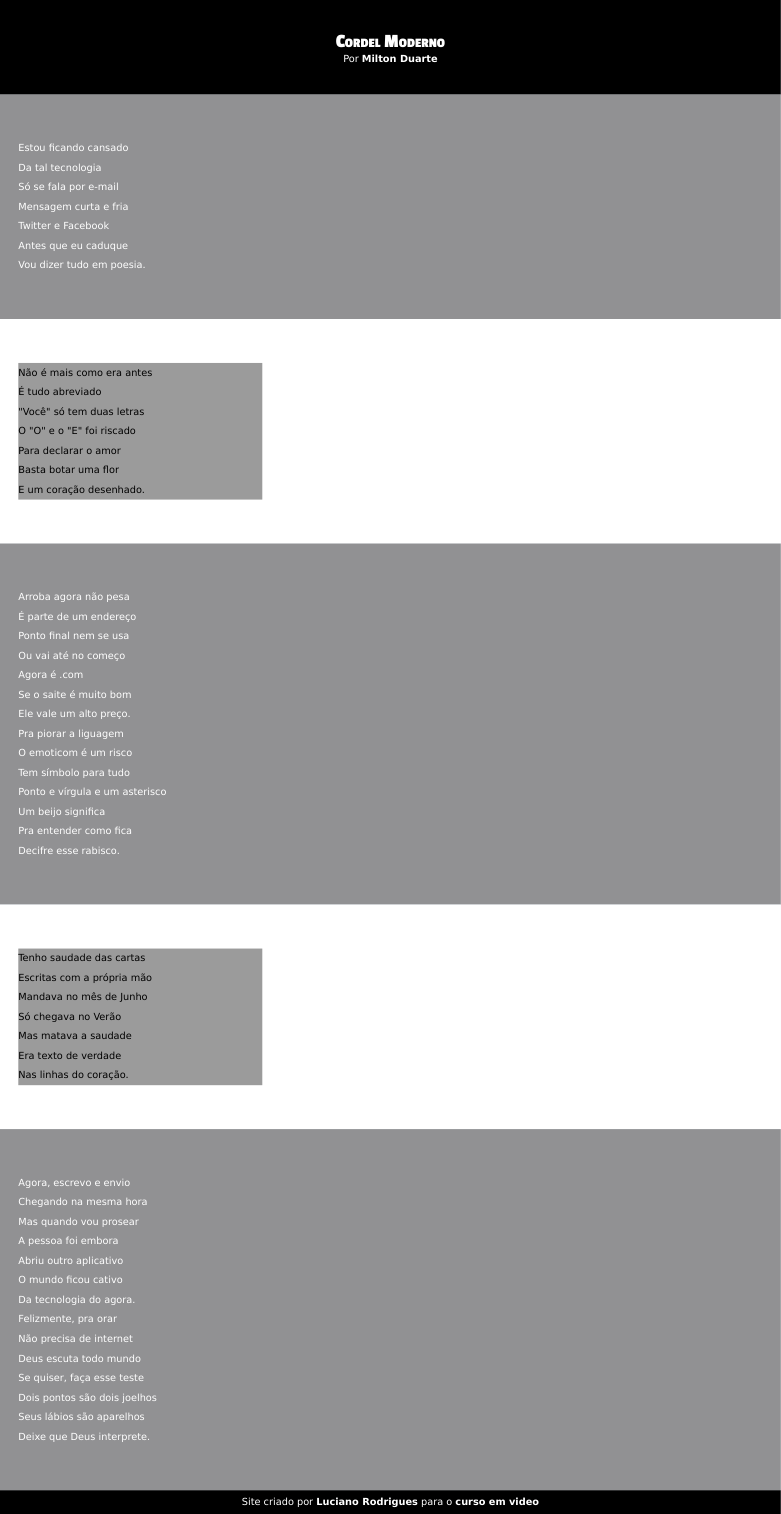
Repository: Lucianorodriguesdev/cursoHTML-CSS
Page: dasafios/index.html
These files come from the project's save history. The page is drawn as it stood at one moment and after the next save; the edit follows.
The browser window is 1280 px wide. The pictures show the whole page, at 61% of full size.

Above is the page before, as saved 2026-06-17 09:53:04.

### dasafios/index.html
<!DOCTYPE html>
<html lang="pt-br">
<head>
    <meta charset="UTF-8">
    <meta name="viewport" content="width=device-width, initial-scale=1.0">
    <title>Cordel Moderno</title>
    <link rel="stylesheet" href="estilo/style.css">
</head>
<body>
    <header>
        <h1>Cordel Moderno</h1>
        <p>Por <a href="https://www.recantodasletras.com.br/poesias/3186743" target="_blank">Milton Duarte</a></p>

    </header>
    <section class="normal">
        <p>
            Estou ficando cansado<br>
            Da tal tecnologia<br>
            Só se fala por e-mail<br>
            Mensagem curta e fria<br>
            Twitter e Facebook<br>
            Antes que eu caduque<br>
            Vou dizer tudo em poesia.
        </p>
    </section>



    <section class="imagem">
        <p>
            Não é mais como era antes<br>
            É tudo abreviado<br>
            "Você" só tem duas letras<br>
            O "O" e o "E" foi riscado<br>
            Para declarar o amor<br>
            Basta botar uma flor<br>
            E um coração desenhado.
        </p>
    </section>



    <section class="normal">
        <p>
            Arroba agora não pesa<br>
            É parte de um endereço<br>
            Ponto final nem se usa<br>
            Ou vai até no começo<br>
            Agora é .com<br>
            Se o saite é muito bom<br>
            Ele vale um alto preço.
        </p>

        <p>
            Pra piorar a liguagem<br>
            O emoticom é um risco<br>
            Tem símbolo para tudo<br>
            Ponto e vírgula e um asterisco<br>
            Um beijo significa<br>
            Pra entender como fica<br>
            Decifre esse rabisco.
        </p>
    </section>



    <section class="imagem">
        <p>
            Tenho saudade das cartas<br>
            Escritas com a própria mão<br>
            Mandava no mês de Junho<br>
            Só chegava no Verão<br>
            Mas matava a saudade<br>
            Era texto de verdade<br>
            Nas linhas do coração.
        </p>
    </section>



    <section class="normal">
        <p>
            Agora, escrevo e envio<br>
            Chegando na mesma hora<br>
            Mas quando vou prosear<br>
            A pessoa foi embora<br>
            Abriu outro aplicativo<br>
            O mundo ficou cativo<br>
            Da tecnologia do agora.
        </p>

        <p>
            Felizmente, pra orar<br>
            Não precisa de internet<br>
            Deus escuta todo mundo<br>
            Se quiser, faça esse teste<br>
            Dois pontos são dois joelhos<br>
            Seus lábios são aparelhos<br>
            Deixe que Deus interprete.
        </p>
    </section>
    <footer>
        <p>Site criado por <a href="https://github.com/Lucianorodriguesdev" target="_blank">Luciano Rodrigues</a> para o <a href="www.cursoemvideo.com" target="_blank">curso em video</a></p>
    </footer>

</body>
</html>

### dasafios/estilo/style.css
@charset_"UTF-8";
@import url('https://fonts.googleapis.com/css2?family=Passion+One:wght@400;700;900&display=swap');
@import url('https://fonts.googleapis.com/css2?family=Great+Vibes&display=swap');
:root{
    --fonte1: Verdana, Geneva, Tahoma, sans-serif;
    --fonte2: "Passion One", sans-serif;
    --fonte3: "Great Vibes", cursive;
}

*{
    margin: 0px;
    padding: 0px;

}
body{
    min-height: 100vh;
    background-color: aliceblue;
    font-family: var(--fonte1);
}
header{
    background-color: black;

    text-align: center;
}
header> h1{
    color: white;
    padding-top: 50px;
    font-variant: small-caps;
    font-family: var(--fonte2);

}
header>p{
    padding-bottom: 50px;
    color: white;
}
section{
    padding-bottom: 10vh;
    padding-top: 10vh;
    line-height: 2em;
    padding-left: 30px;
}
section.normal{
    background-color: rgba(123, 121, 121, 0.803);
    color: white;
}
section.imagem{
    background-color: white;
    color: black;
}
section.imagem>p{
    width: 400px;
    background-color: rgba(0, 0, 0, 0.392);
}
header a, footer a{
    color:white;
    text-decoration: none;
    font-weight: bolder;
}
header a:hover, footer a:hover{
    text-decoration: underline;
}
footer{
    background-color: black;
    text-align: center;
    color:white;
    padding: 10px;

}

After the next save:
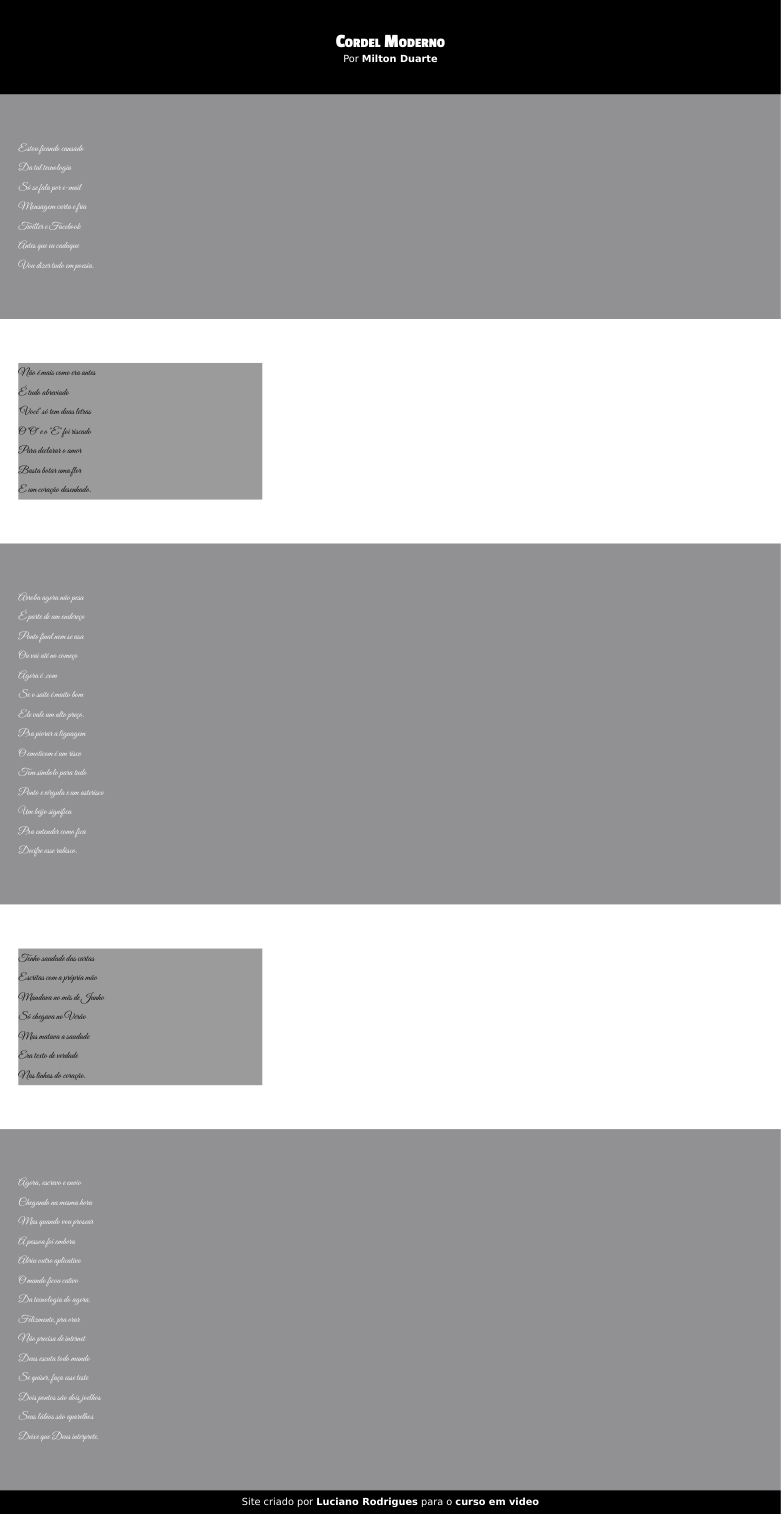
Saved 55 s later.
--- a/dasafios/estilo/style.css
+++ b/dasafios/estilo/style.css
@@ -38,6 +38,7 @@ section{
     padding-top: 10vh;
     line-height: 2em;
     padding-left: 30px;
+    font-family: var(--fonte3);
 }
 section.normal{
     background-color: rgba(123, 121, 121, 0.803);
